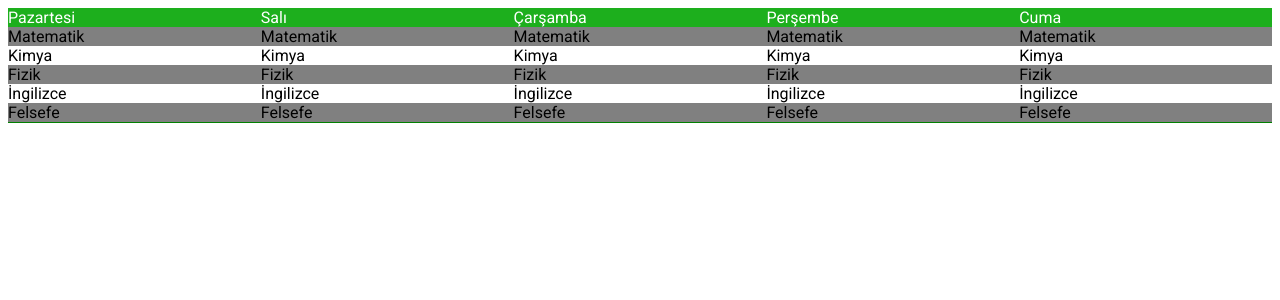
Repository: ahmetbugraozcan/css-ders-programi
Page: deneme.html
The author's editor kept a copy of each file at every save. The page is drawn from the files as they stood at one save, then again after the next save.
The browser window is 1280 px wide. The pictures show the whole page.

Above is the page before, as saved 2021-07-10 09:35:04.

### deneme.html
<!DOCTYPE html>
<html lang="en">

<head>
    <link href='http://fonts.googleapis.com/css?family=Roboto' rel='stylesheet' type='text/css'>

    <meta charset="UTF-8">
    <meta http-equiv="X-UA-Compatible" content="IE=edge">
    <meta name="viewport" content="width=device-width, initial-scale=1.0">
    <title>Document</title>
</head>
<style>

body {
          font-family: 'Roboto', sans-serif;

        }

    header {
        background-color: rgb(29, 175, 29);
        color: white;
    }

    header,
    .row {
        display: flex;
        /* aligns all child elements (flex items) in a row */
    }

    .col :nth-of-type(odd){
        background-color:grey ;
    }
    .col :last-child {
        border-bottom: 1px solid green;
    }

    .col {
        flex: 1;
        /* distributes space on the line equally among items */
    }
</style>

<body>

    <header>
        <div class="col">Pazartesi</div>
        <div class="col">Salı</div>
        <div class="col">Çarşamba</div>
        <div class="col">Perşembe</div>
        <div class="col">Cuma</div>
    </header>
    <div class="row">
        <div class="col">
            <div>Matematik</div>
            <div>Kimya</div>
            <div>Fizik</div>
            <div>İngilizce</div>
            <div>Felsefe</div>
        </div>
        <div class="col"><div>Matematik</div><div>Kimya</div>
            <div>Fizik</div>
            <div>İngilizce</div>
            <div>Felsefe</div>
        </div>
        <div class="col"><div>Matematik</div>
            <div>Kimya</div>
            <div>Fizik</div>
            <div>İngilizce</div>
            <div>Felsefe</div>
        </div>
        <div class="col"><div>Matematik</div><div>Kimya</div>
            <div>Fizik</div>
            <div>İngilizce</div>
            <div>Felsefe</div>
        </div>
        <div class="col"><div>Matematik</div>
            <div>Kimya</div>
            <div>Fizik</div>
            <div>İngilizce</div>
            <div>Felsefe</div>
        </div>
    </div>
</body>

</html>

After the next save:
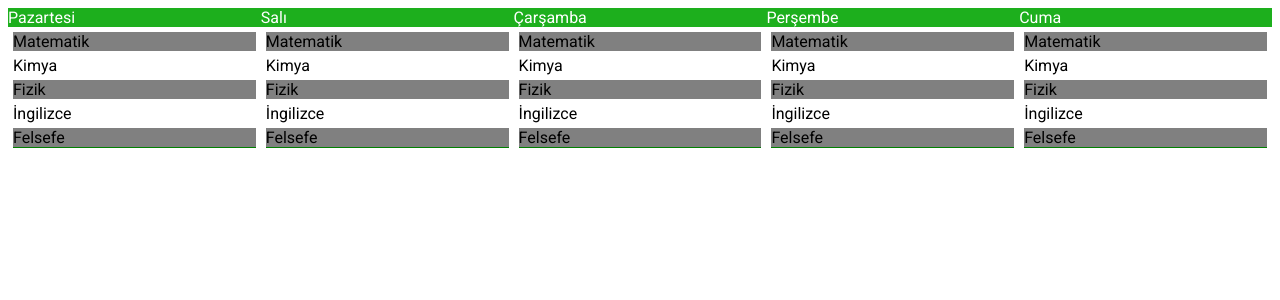
Saved 26 s later.
--- a/deneme.html
+++ b/deneme.html
@@ -37,6 +37,9 @@
     .col {
         flex: 1;
         /* distributes space on the line equally among items */
+    }
+    .col > div{
+        margin: 5px;
     }
 </style>
 

After the 3 saves that followed:
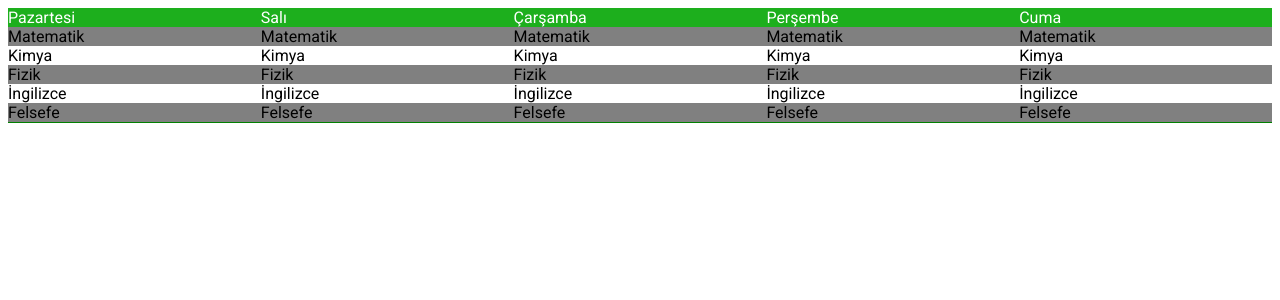
The 3 saves are shown as one change because they came seconds apart.
The last was saved 26 s later.
--- a/deneme.html
+++ b/deneme.html
@@ -38,8 +38,8 @@
         flex: 1;
         /* distributes space on the line equally among items */
     }
-    .col > div{
-        margin: 5px;
+    .col > div >{
+        padding: 5px;
     }
 </style>
 
